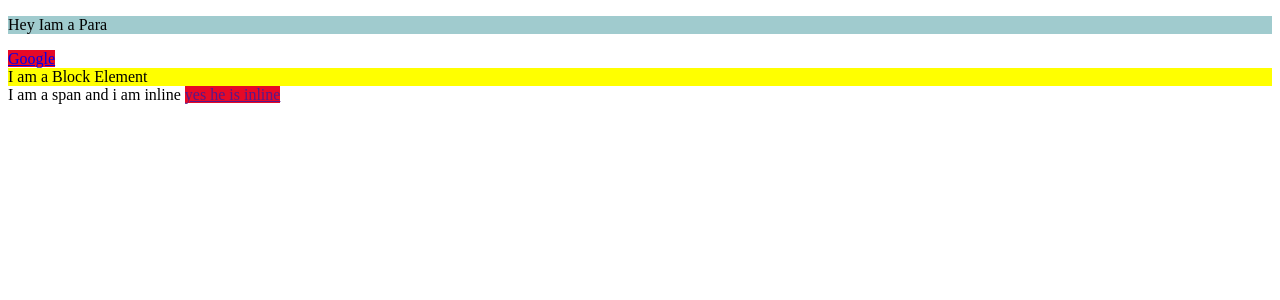
Repository: Mohan2347/Project-2
Page: 6.html
These files come from the project's save history. The page is drawn as it stood at one moment and after the next save; the edit follows.
The browser window is 1280 px wide. The pictures show the whole page.

Above is the page before, as saved 2024-11-13 21:46:34.

### 6.html
<!-- Inline and Block elements -->

<!DOCTYPE html>
<html lang="en">
<head>
    <meta charset="UTF-8">
    <meta name="viewport" content="width=device-width, initial-scale=1.0">
    <title>Inline and Block elements - HTML</title>
    <link rel="stylesheet" href="3.css">
</head>
<body>
    <p>Hey Iam a Para</p>
    <a href="https://google.com">Google</a>
    <div>I am a Block Element</div>
    <span>I am a span and i am inline</span>
    <a href="">yes he is inline</a>
</body>
</html>

### 3.css
p{
    background-color: rgb(160, 203, 206);
}

a{
    background-color: rgb(230, 9, 38);
}

div{
    background-color:yellow;
}

After the next save:
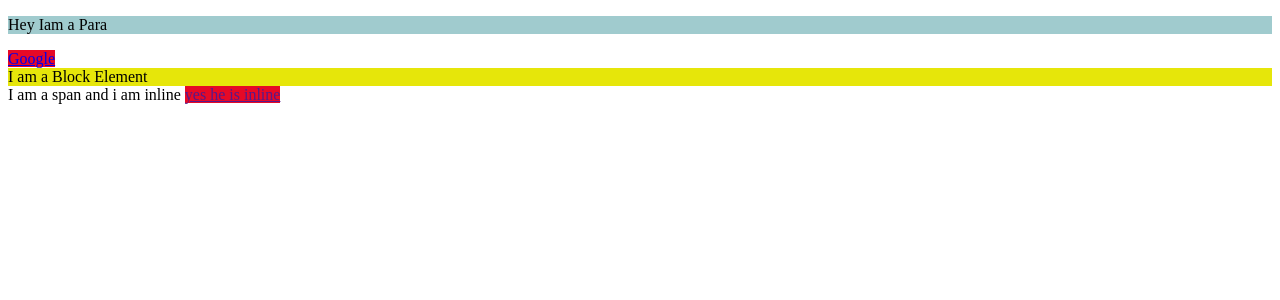
Saved 6 s later.
--- a/3.css
+++ b/3.css
@@ -7,5 +7,5 @@ a{
 }
 
 div{
-    background-color:yellow;
+    background-color:rgb(230, 230, 10);
 }
